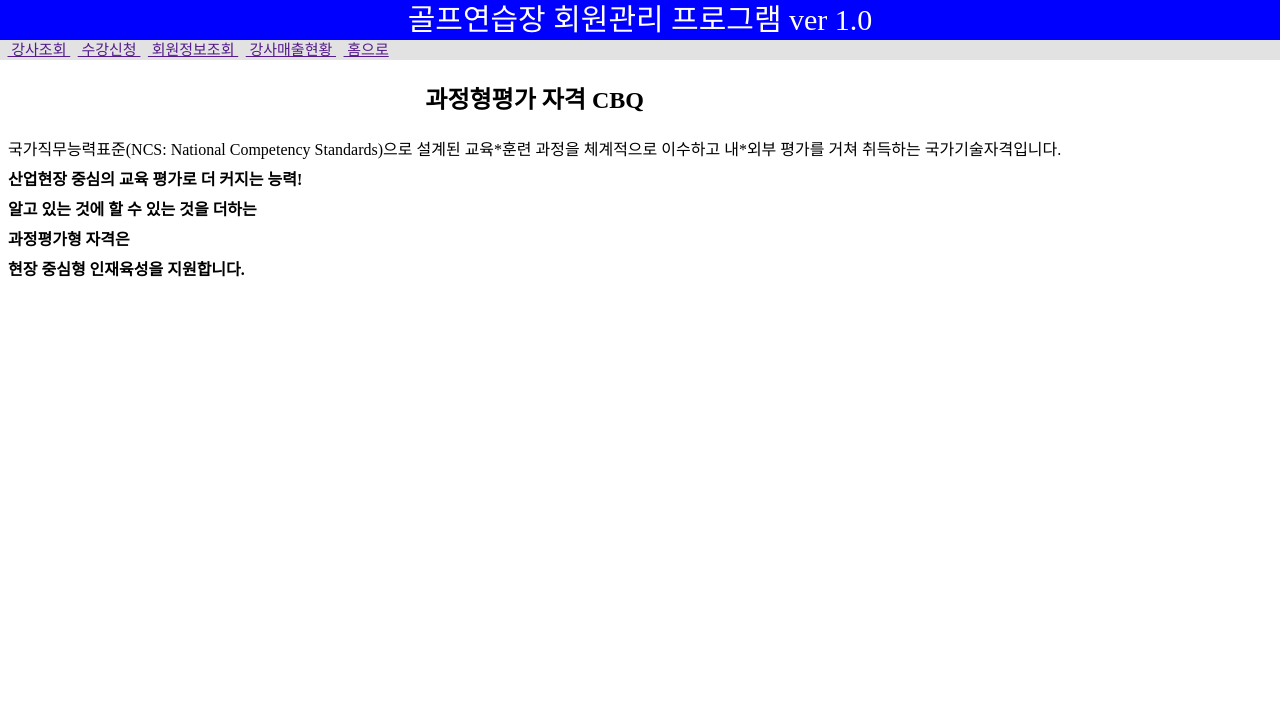
Repository: YeoJeongmo/hrdKorea
Page: http://localhost/HRD_01/
These files come from the project's save history. The page is drawn as it stood at one moment and after a run of saves; the edit follows.
The browser window is 1280 px wide. The pictures show the whole page.
The page is served by Tomcat 9. Other server files are loaded and not shown.

Above is the page before, as saved 2024-09-02 03:08:35.

### cbq_01/workspace/HRD_01/src/main/webapp/index.jsp
<%@ page language="java" contentType="text/html; charset=UTF-8"
    pageEncoding="UTF-8"%>
<!DOCTYPE html>
<html>
<head>
<meta charset="UTF-8">
<title>Insert title here</title>
</head>
<body>

<jsp:include page="header.jsp"></jsp:include>
<section style="position: fixed; top: 60px;">
	<h2 style="text-align: center;">과정형평가 자격 CBQ</h2>
	<p style="line-height: 30px;">
		국가직무능력표준(NCS: National Competency Standards)으로 설계된 교육*훈련 과정을 체계적으로 이수하고 내*외부 평가를 거쳐 취득하는 국가기술자격입니다.<br>
		<b>산업현장 중심의 교육 평가로 더 커지는 능력!<br>
		알고 있는 것에 할 수 있는 것을 더하는<br>
		과정평가형 자격은<br>
		현장 중심형 인재육성을 지원합니다.</b>
	</p>
</section>

<jsp:include page="header.jsp"></jsp:include>

</body>
</html>

### cbq_01/workspace/HRD_01/src/main/webapp/header.jsp
<%@ page language="java" contentType="text/html; charset=UTF-8"
    pageEncoding="UTF-8"%>
<!DOCTYPE html>
<html>
<head>
<meta charset="UTF-8">
<title>Insert title here</title>
</head>
<body>
<header style="position: fixed; top: 0; left: 0; width: 100%; height: 40px; line-height: 40px; font-size: 30px; background-color: blue; color: white; text-align: center;">골프연습장 회원관리 프로그램 ver 1.0</header>
<nav style="position: fixed; top: 40px; left: 0; width: 100%; height: 20px; line-height: 20px; font-size: 15px; background-color: #e2e2e2; color: white;">
&nbsp;&nbsp;<a href=""> 강사조회 </a>
&nbsp;&nbsp;<a href=""> 수강신청 </a>
&nbsp;&nbsp;<a href=""> 회원정보조회 </a>
&nbsp;&nbsp;<a href=""> 강사매출현황 </a>
&nbsp;&nbsp;<a href=""> 홈으로 </a>
</nav>

</body>
</html>

### cbq_01/workspace/HRD_01/src/main/webapp/footer.jsp
<%@ page language="java" contentType="text/html; charset=UTF-8"
    pageEncoding="UTF-8"%>
<!DOCTYPE html>
<html>
<head>
<meta charset="UTF-8">
<title>Insert title here</title>
</head>
<body>
<footer style="position: fixed; bottom: 0; left: 0; width: 100%; height: 30px; line-height: 30px; font-size: 20px; background-color: blue; color: white; text-align: center;"
>HRDKOREA Copyrightⓒ2022 All rights reserved. Human Resources Development Service of Korea.</footer>
</body>
</html>

After the next 2 saves:
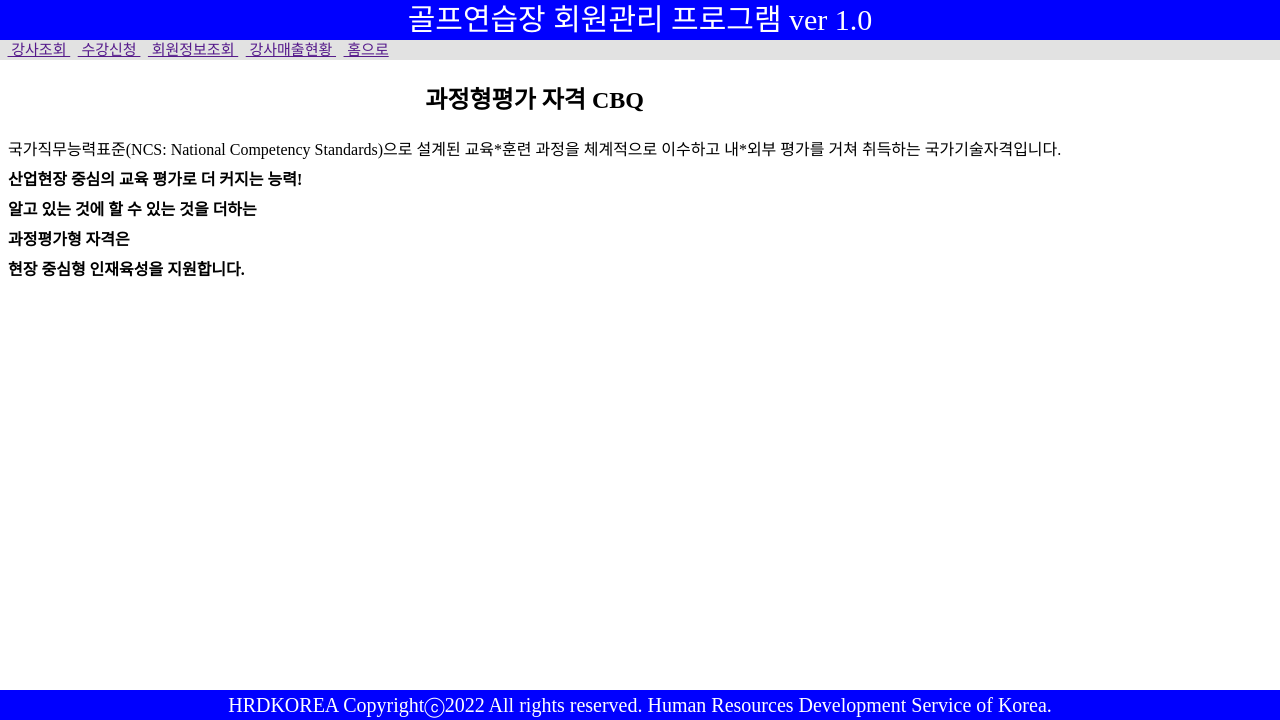
The 2 saves are shown as one change because they came seconds apart.
The last was saved 14 s later.
--- a/cbq_01/workspace/HRD_01/src/main/webapp/index.jsp
+++ b/cbq_01/workspace/HRD_01/src/main/webapp/index.jsp
@@ -20,7 +20,7 @@
 	</p>
 </section>
 
-<jsp:include page="header.jsp"></jsp:include>
+<jsp:include page="footer.jsp"></jsp:include>
 
 </body>
 </html>
